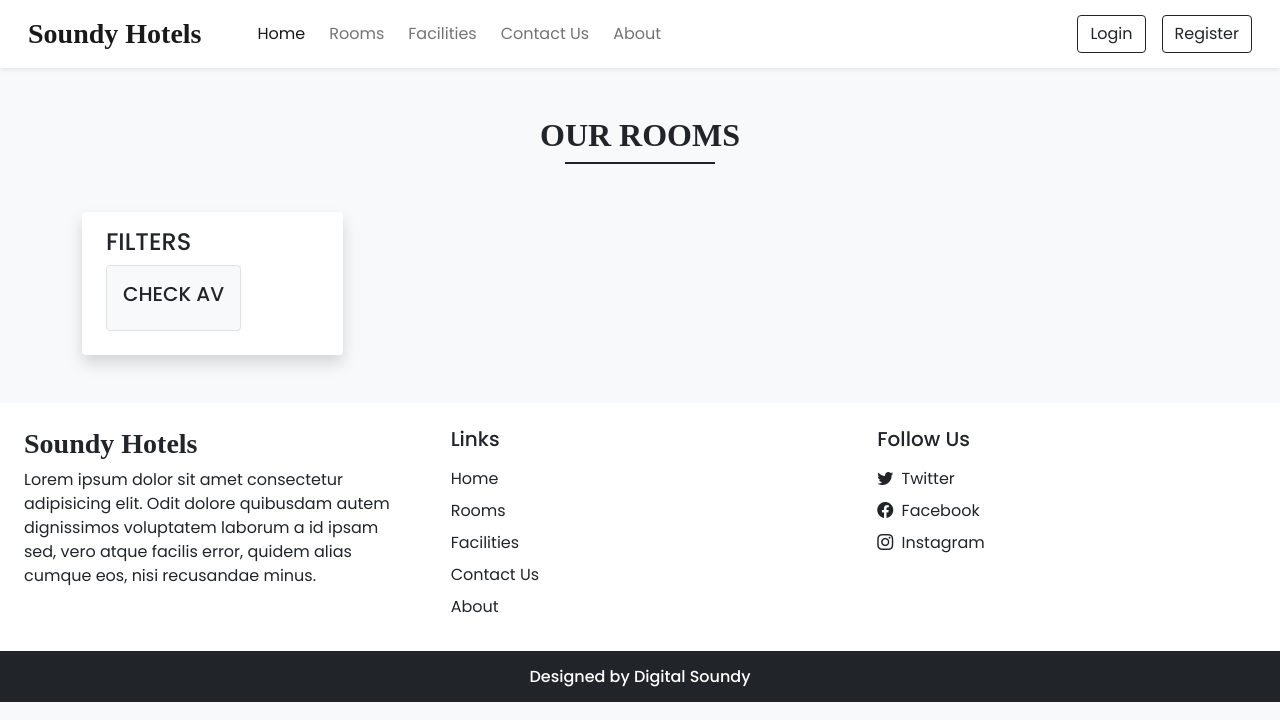
Repository: spencersoundy/Hotel-Booking-App
Page: http://localhost/rooms.php
The author's editor kept a copy of each file at every save. The page is drawn from the files as they stood at one save, then again after the next save.
The browser window is 1280 px wide. The pictures show the whole page.
Some web fonts or font styles are not loaded; a fallback is used. The page is run by PHP 8.4 with error messages shown; the project is at /var/www/html/.

Above is the page before, as saved 2023-08-05 00:34:52.

### rooms.php
<!DOCTYPE html>
<html lang="en">
<head>
    <meta charset="UTF-8">
    <meta http-equiv="X-UA-Compatible" content="IE=edge">
    <meta name="viewport" content="width=device-width, initial-scale=1.0">
    <title>Soundy Hotels - CONTACT</title>
    <?php require('inc/links.php') ?>
</head>
<body class="bg-light">

<?php require('inc/header.php') ?>

<div class="my-5 px-4">
    <h2 class="fw-bold h-font text-center">OUR ROOMS</h2>
    <div class="h-line bg-dark"></div>
</div>

<div class="container">
    <div class="row">

       <div class="col-lg-3">
        <nav class="navbar navbar-expand-lg navbar-light bg-white rounded shadow">
            <div class="container-fluid flex-lg-column align-items-stretch">
                <h4 class="mt-2">FILTERS</h4>
                <button class="navbar-toggler" type="button" data-bs-toggle="collapse" data-bs-target="#filterDropdown" aria-controls="navbarNav" aria-expanded="false" aria-label="Toggle navigation">
                <span class="navbar-toggler-icon"></span>
                </button>
                <div class="collapse navbar-collapse" id="filterDropdown">
                    <div class="border bg-light p-3 rounded mb-3">
                        <h5>CHECK AV</h5>
                    </div>
                </div>
            </div>
        </nav>
       </div>

    </div>
</div>

<?php require('inc/footer.php')?>

</body>
</html>

### inc/links.php
<link href="https://cdn.jsdelivr.net/npm/bootstrap@5.0.2/dist/css/bootstrap.min.css" rel="stylesheet" integrity="sha384-EVSTQN3/azprG1Anm3QDgpJLIm9Nao0Yz1ztcQTwFspd3yD65VohhpuuCOmLASjC" crossorigin="anonymous">
<link href="https://fonts.googleapis.com/css2?family=Merienda:wght@400;700&family=Poppins:wght@400;500;600&display=swap" rel="stylesheet">
<link rel="stylesheet" href="https://cdn.jsdelivr.net/npm/bootstrap-icons@1.10.5/font/bootstrap-icons.css">
<link rel="stylesheet" href="css/common.css"/>

### inc/header.php
<nav class="navbar navbar-expand-lg navbar-light bg-white px-lg-3 py-lg-2 shadow-sm sticky-top">
    <div class="container-fluid">
        <a class="navbar-brand me-5 fw-bold fs-3 h-font" href="index.php">Soundy Hotels</a>
        <button class="navbar-toggler shadow-none" type="button" data-bs-toggle="collapse" data-bs-target="#navbarSupportedContent" aria-controls="navbarSupportedContent" aria-expanded="false" aria-label="Toggle navigation">
        <span class="navbar-toggler-icon"></span>
        </button>
        <div class="collapse navbar-collapse" id="navbarSupportedContent">
        <ul class="navbar-nav me-auto mb-2 mb-lg-0">
            <li class="nav-item">
            <a class="nav-link active me-2" aria-current="page" href="index.php">Home</a>
            </li>
            <li class="nav-item">
            <a class="nav-link me-2" href="rooms.php">Rooms</a>
            </li>
            <li class="nav-item">
            <a class="nav-link me-2" href="facilities.php">Facilities</a>
            </li><li class="nav-item">
            <a class="nav-link me-2" href="contact.php">Contact Us</a>
            </li><li class="nav-item">
            <a class="nav-link" href="about.php">About</a>
            </li>
        </ul>
        <div class="d-flex">
            <button type="button" class="btn btn-outline-dark shadow-none me-lg-3 me-2" data-bs-toggle="modal" data-bs-target="#loginModal">
                Login
            </button>
            <button type="button" class="btn btn-outline-dark shadow-none" data-bs-toggle="modal" data-bs-target="#registerModal">
                Register
            </button>
        </div>
        </div>
    </div>
    </nav>

    <div class="modal fade" id="loginModal" data-bs-backdrop="static" data-bs-keyboard="false" tabindex="-1" aria-labelledby="staticBackdropLabel" aria-hidden="true">
        <div class="modal-dialog">
            <div class="modal-content">
                <form>
                    <div class="modal-header">
                        <h5 class="modal-title d-flex align-items-center">
                            <i class="bi bi-person-circle fs-3 me-2"></i> User Login
                        </h5>
                        <button type="reset" class="btn-close shadow-none" data-bs-dismiss="modal" aria-label="Close"></button>
                    </div>
                    <div class="modal-body">
                    <div class="mb-3">
                        <label class="form-label">Email address</label>
                        <input type="email" class="form-control shadow-none">
                    </div>
                    <div class="mb-4">
                        <label class="form-label">Password</label>
                        <input type="password" class="form-control shadow-none">
                    </div>
                        <div class="d-flex align-items-center justify-content-between mb-2">
                            <button type="submit" class="btn btn-dark shadow-none">LOGIN</button>
                            <a href="javascript: void(0)" class="text-secondary text-decoration-none">Forgot Password?</a>
                        </div>
                    </div>
                </form>
            </div>
        </div>
    </div>

    <div class="modal fade" id="registerModal" data-bs-backdrop="static" data-bs-keyboard="false" tabindex="-1" aria-labelledby="staticBackdropLabel" aria-hidden="true">
        <div class="modal-dialog modal-lg">
            <div class="modal-content">
                <form>
            <div class="modal-header">
                <h5 class="modal-title d-fle align-items-center">
                    <i class="bi bi-person-lines-fill fs-3 me-2"></i> User Registration
                </h5>
                <button type="reset" class="btn-close shadow-none" data-bs-dismiss="modal" aria-label="Close"></button>
            </div>
            <div class="modal-body">
                <span class="badge rounded-pill bg-light text-dark mb-3 text-wrap lh-base">
                    Note: Your details must match with your ID (ID book/card, passport, drivers license, etc.)
                    that will be required during check-in.
                </span>
                <div class="container-fluid">
                    <div class="row">
                        <div class="col-md-6 ps-0 mb-3">
                            <label class="form-label">Name</label>
                            <input type="text" class="form-control shadow-none">
                        </div>
                        <div class="col-md-6 p-0 mb-3">
                            <label class="form-label">Email</label>
                            <input type="email" class="form-control shadow-none">
                        </div>
                        <div class="col-md-6 ps-0 mb-3">
                            <label class="form-label">Phone Number</label>
                            <input type="number" class="form-control shadow-none">
                        </div>
                        <div class="col-md-6 p-0 mb-3">
                            <label class="form-label">Picture</label>
                            <input type="file" class="form-control shadow-none">
                        </div>
                        <div class="col-md-12 p-0 mb-3">
                            <label class="form-label">Address</label>
                            <textarea class="form-control shadow-none" rows="1"></textarea>
                        </div>
                        <div class="col-md-6 ps-0 mb-3">
                            <label class="form-label">Pincode</label>
                            <input type="number" class="form-control shadow-none">
                        </div>
                        <div class="col-md-6 p-0 mb-3">
                            <label class="form-label">Date of birth</label>
                            <input type="date" class="form-control shadow-none">
                        </div>
                        <div class="col-md-6 ps-0 mb-3">
                            <label class="form-label">Password</label>
                            <input type="password" class="form-control shadow-none">
                        </div>
                        <div class="col-md-6 p-0 mb-3">
                            <label class="form-label">Confirm Password</label>
                            <input type="password" class="form-control shadow-none">
                        </div>
                    </div>
                </div>
                <div class="text-center my-1">
                    <button type="submit" class="btn btn-dark shadow-none">REGISTER</button>
                </div>
            </div>
            </form>
            </div>
  </div>
</div>

### inc/footer.php
<div class="container-fluid bg-white mt-5">

        <div class="row">
            <div class="col-lg-4 p-4">
                <h3 class="h-font fw-bold fs-3 mb-2">Soundy Hotels</h3>
                <p>
                    Lorem ipsum dolor sit amet consectetur adipisicing elit.
                    Odit dolore quibusdam autem dignissimos voluptatem laborum a id ipsam sed,
                    vero atque facilis error, quidem alias cumque eos, nisi recusandae minus.
                </p>
            </div>
            <div class="col-lg-4 p-4">
                <h5 class="mb-3">Links</h5>
                <a href="#" class="d-inline-block mb-2 text-dark text-decoration-none">Home</a><br>
                <a href="#" class="d-inline-block mb-2 text-dark text-decoration-none">Rooms</a><br>
                <a href="#" class="d-inline-block mb-2 text-dark text-decoration-none">Facilities</a><br>
                <a href="#" class="d-inline-block mb-2 text-dark text-decoration-none">Contact Us</a><br>
                <a href="#" class="d-inline-block mb-2 text-dark text-decoration-none">About</a>
            </div>
            <div class="col-lg-4 p-4">
                <h5 class="mb-3">Follow Us</h5>
                <a href="#" class="d-inline-block text-dark text-decoration-none mb-2">
                    <i class="bi bi-twitter me-1"></i> Twitter
                </a><br>
                <a href="#" class="d-inline-block text-dark text-decoration-none mb-2">
                    <i class="bi bi-facebook me-1"></i> Facebook
                </a><br>
                <a href="#" class="d-inline-block text-dark text-decoration-none">
                    <i class="bi bi-instagram me-1"></i> Instagram
                </a><br>
            </div>
        </div>
    </div>
</div>

    <h6 class="text-center bg-dark text-white p-3 m-0">Designed by Digital Soundy</h6>

    <script src="https://cdn.jsdelivr.net/npm/bootstrap@5.0.2/dist/js/bootstrap.bundle.min.js" integrity="sha384-MrcW6ZMFYlzcLA8Nl+NtUVF0sA7MsXsP1UyJoMp4YLEuNSfAP+JcXn/tWtIaxVXM" crossorigin="anonymous"></script>

### css/common.css
:root{
    --teal: #2ec1ac;
    --teal_hover: #279e8c;
}

*{
    font-family: 'Poppins', sans-serif;
}
.h-font{
    font-family: 'Merienda', cursive;
}

input::-webkit-outer-spin-button,
input::-webkit-inner-spin-button {
-webkit-appearance: none;
margin: 0;
}

input[type=number] {
-moz-appearance: textfield;
}

.custom-bg{
    background-color: var(--teal);
    border: 1px solid var(--teal);
}
.custom-bg:hover{
    background-color: var(--teal_hover);
    border-color: var(--teal_hover);
}

.h-line{
    width: 150px;
    margin: 0 auto;
    height: 1.7px;
}

After the next save:
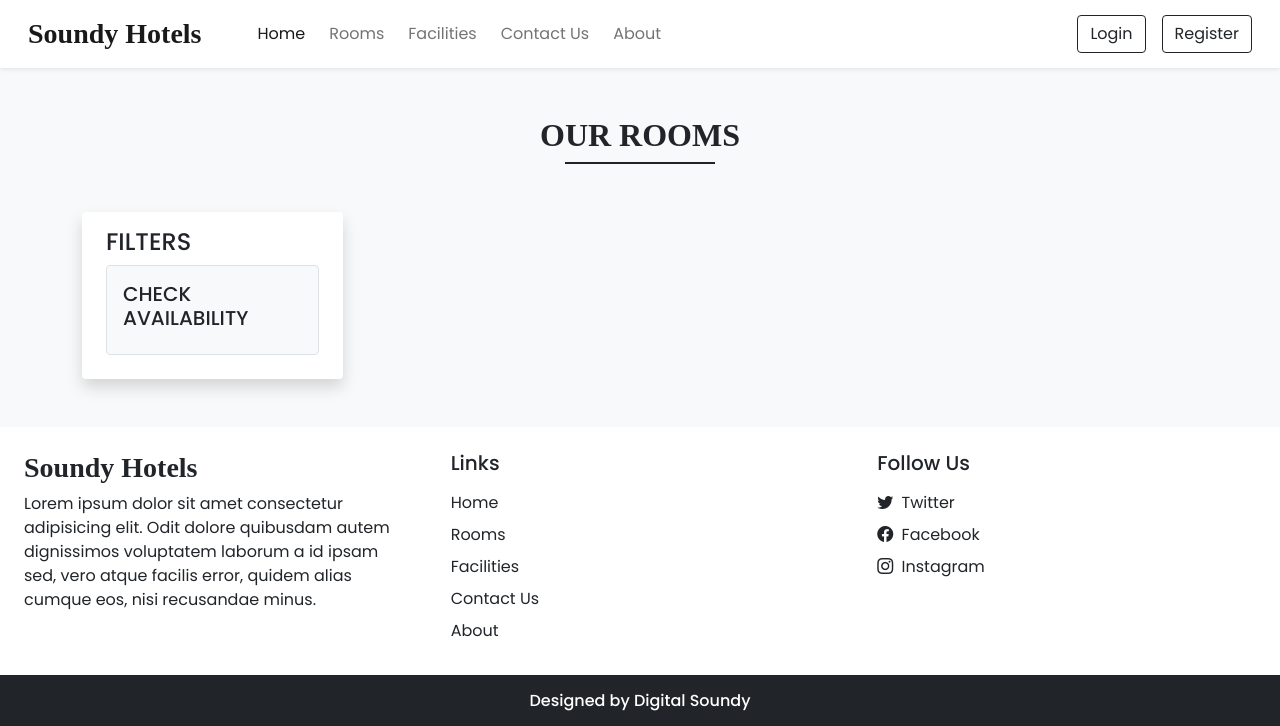
Saved 4 s later.
--- a/rooms.php
+++ b/rooms.php
@@ -28,7 +28,7 @@
                 </button>
                 <div class="collapse navbar-collapse" id="filterDropdown">
                     <div class="border bg-light p-3 rounded mb-3">
-                        <h5>CHECK AV</h5>
+                        <h5>CHECK AVAILABILITY</h5>
                     </div>
                 </div>
             </div>
